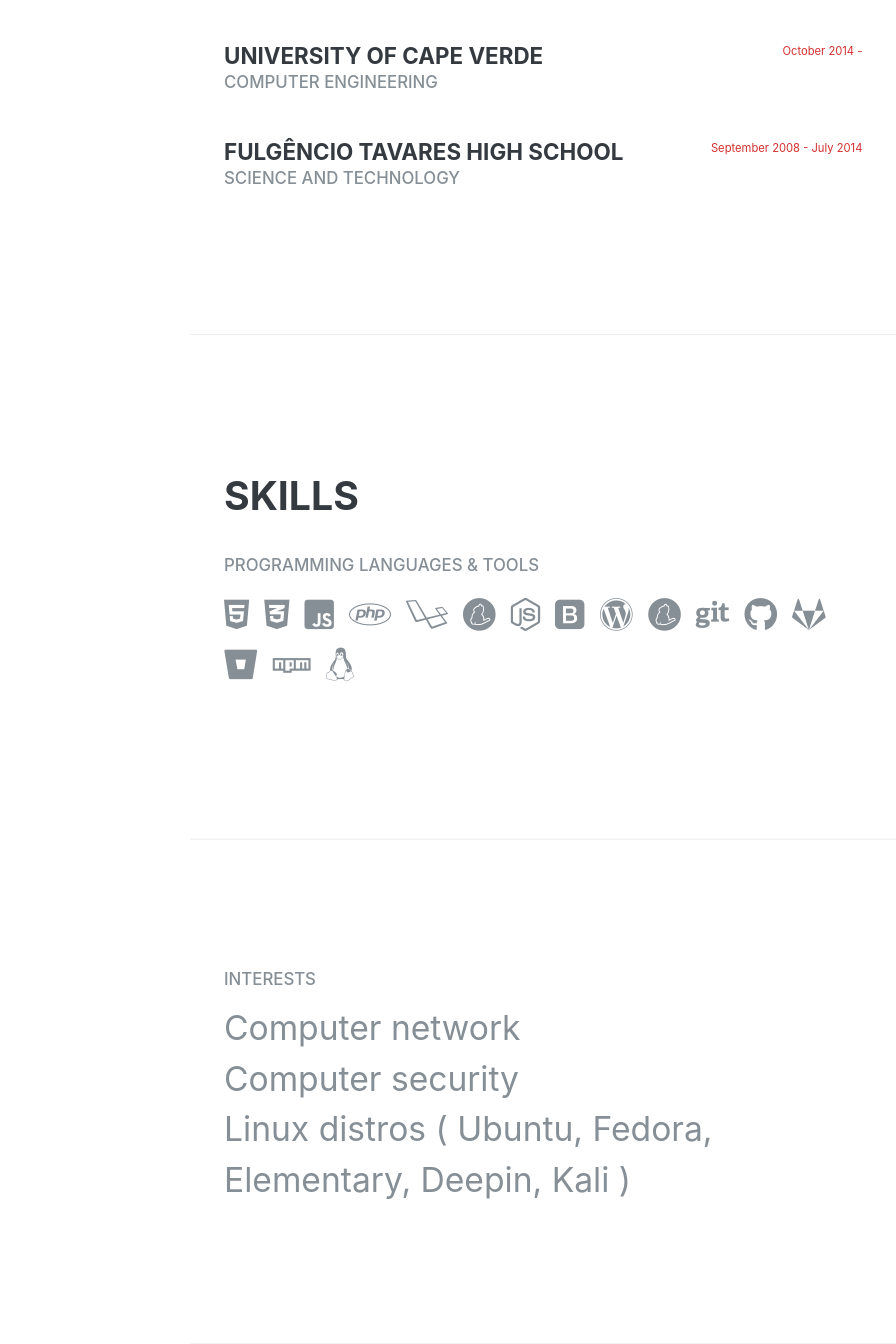
Repository: kcfurtado/kcfurtado.github.io
Page: index.html
The author's editor kept a copy of each file at every save. The page is drawn from the files as they stood at one save, then again after the next save.
The browser window is 1280 px wide. The pictures show the part of the page from y = 1923 to 3843 px (the page is 3843 px tall), at 70% of full size.
Some web fonts or font styles are not loaded; a fallback is used.

Above is the page before, as saved 2020-04-04 12:33:20.

After the next save:
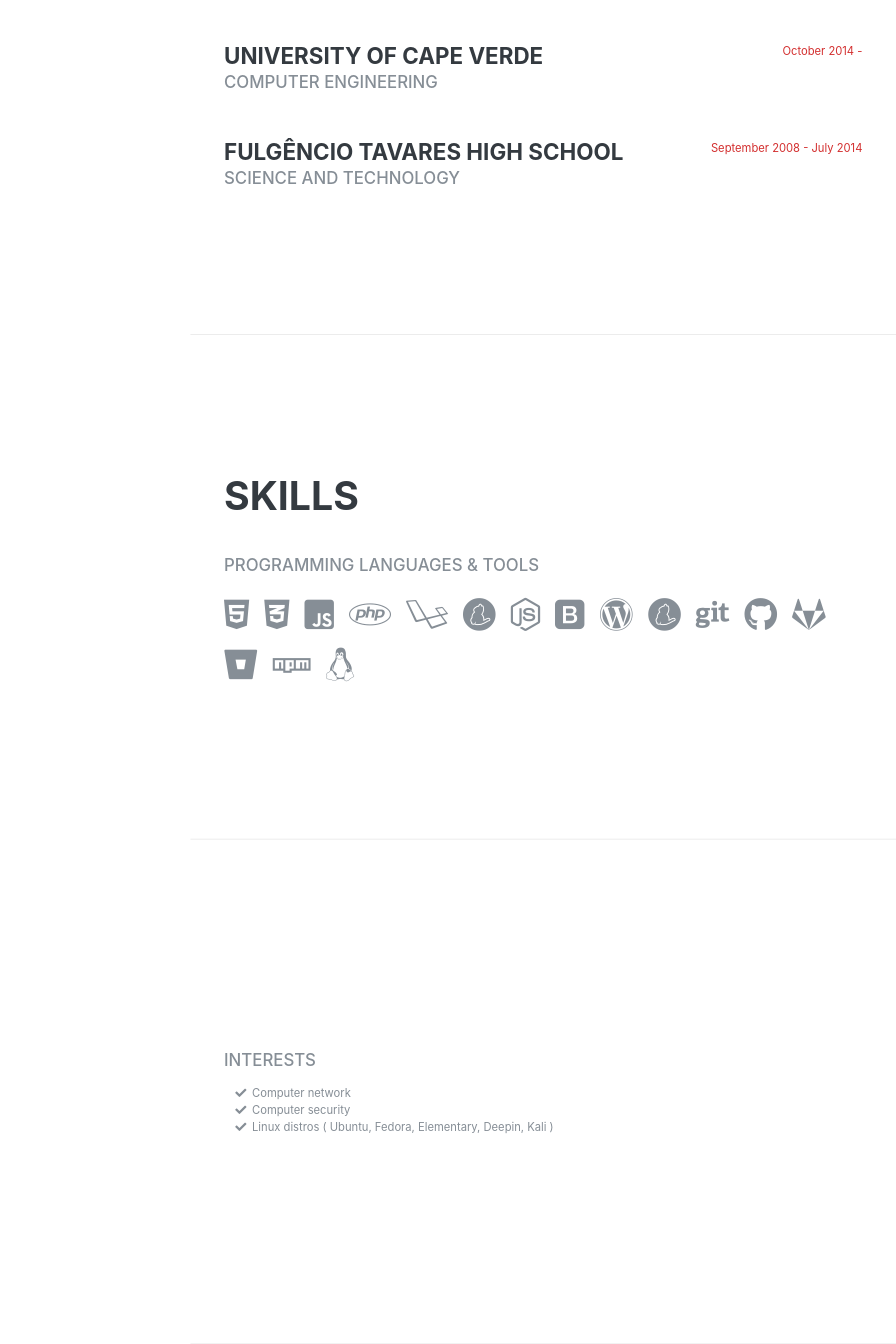
Saved 106 s later.
--- a/index.html
+++ b/index.html
@@ -262,18 +262,17 @@
     <section class="resume-section p-3 p-lg-5 d-flex align-items-center" id="interests">
       <div class="w-100">
         <div class="subheading mb-3">Interests</div>
-        <ul class="list-inline dev-icons">
-          <li>
-            <i class="fa-li fa fa-check"></i>  Computer network
+        <ul class="fa-ul mb-0">
+          <li>
+            <i class="fa-li fa fa-check"></i> Computer network
           </li>
           <li>
             <i class="fa-li fa fa-check"></i> Computer security
           </li>
           <li>
-            <i class="fa-li fa fa-check"></i>Linux distros ( Ubuntu, Fedora, Elementary, Deepin, Kali )
+            <i class="fa-li fa fa-check"></i> Linux distros ( Ubuntu, Fedora, Elementary, Deepin, Kali )
           </li>
         </ul>
-
 
       </div>
     </section>
